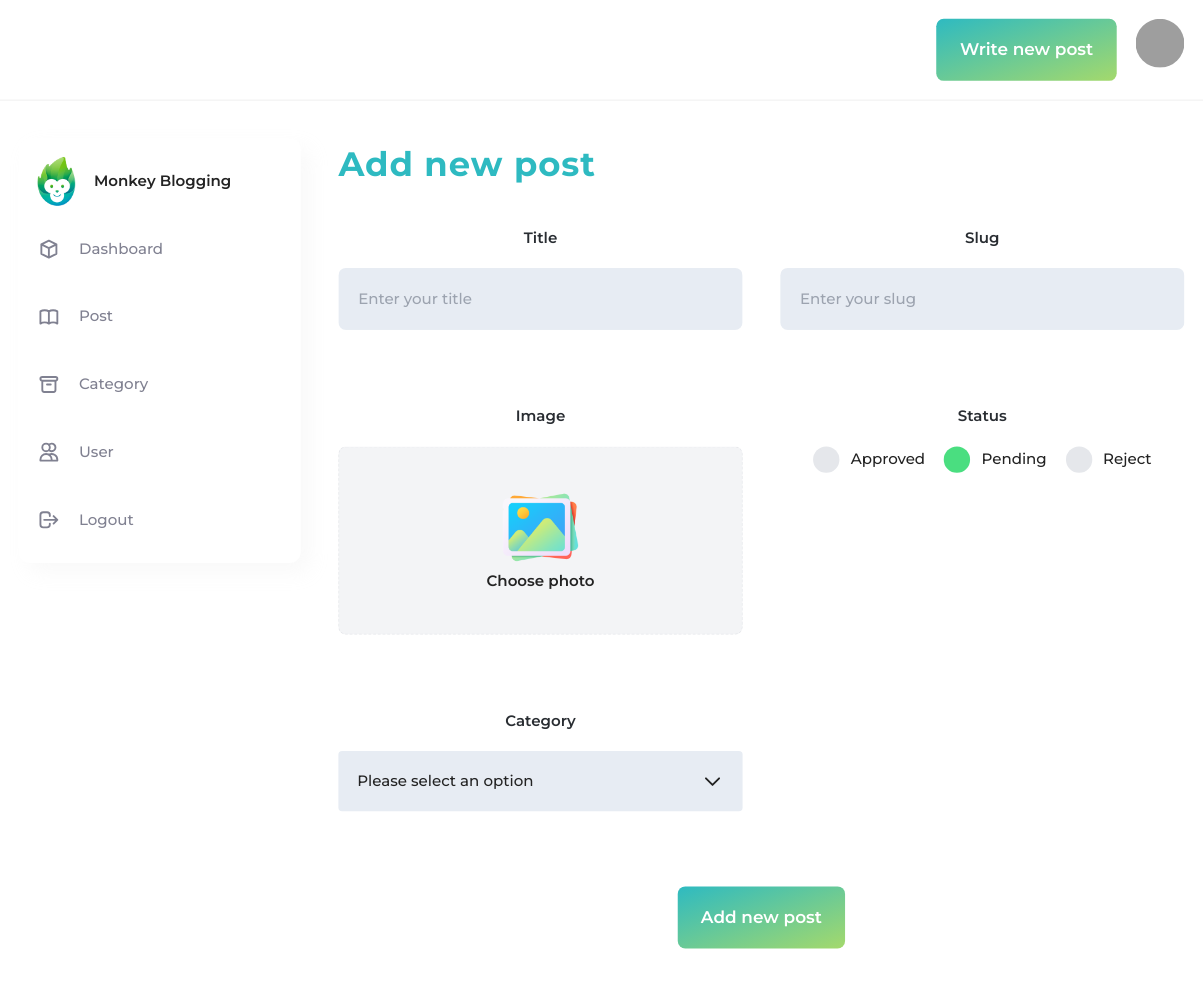
Repository: ThanhPhongsof/react-course-projects
Page: /manage/add-post (app in react-monkey-bloging/)
An editor plug-in stored every save of this project. The page is shown before and after the next save, followed by the edit.
The browser window is 1280 px wide. The pictures show the whole page, at 94% of full size.
Pictures or frames that could not be fetched are drawn as grey boxes. The project was rebuilt for these pictures with package versions that can differ from the ones it lists, and the page was loaded fresh each time. Also part of the build but not shown: react-monkey-bloging/src/page/AuthenticationPage.js, react-monkey-bloging/src/components/icon/IconEyeOpen.js, react-monkey-bloging/src/components/icon/IconEyeClose.js, react-monkey-bloging/src/components/icon/index.js, react-monkey-bloging/src/components/input/InputPasswordToggle.js, react-monkey-bloging/src/page/SignUpPage.js, react-monkey-bloging/src/page/SignInPage.js, react-monkey-bloging/src/components/layout/Header.js and 21 more. Imported but missing from the stored project, and not drawn on this page: react-monkey-bloging/src/components/loading/LoadingSpinner, react-monkey-bloging/src/module/post/PostMeta.

Above is the page before, as saved 2022-05-09 15:02:40.

After the next save:
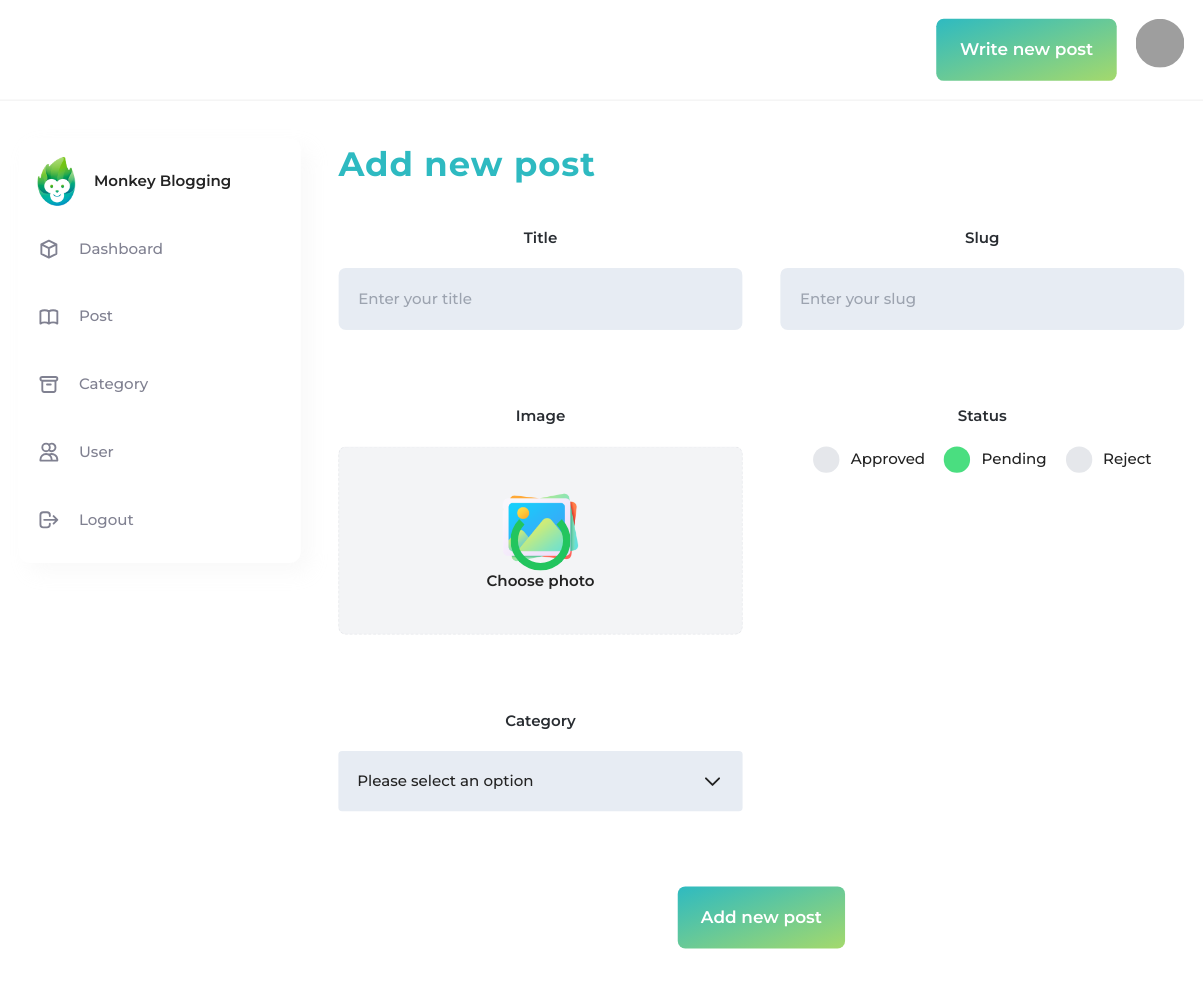
Saved 38 s later.
--- a/react-monkey-bloging/src/components/image/ImageUpload.js
+++ b/react-monkey-bloging/src/components/image/ImageUpload.js
@@ -107,7 +107,8 @@
       />
       {/* progress !== 0 && !image &&  */}
       <div className="image-loading"></div>
-      {/* <div className="absolute z-10 w-16 h-16 border-8 border-green-500 rounded-full loading border-t-transparent animate-spin"></div> */}
+      <div className="absolute z-10 w-16 h-16 border-8 border-green-500 rounded-full loading border-t-transparent "></div>
+      {/* animate-spin */}
       {image ? (
         <Fragment>
           <img src={image} className="image-show" alt="" />

After the 3 saves that followed:
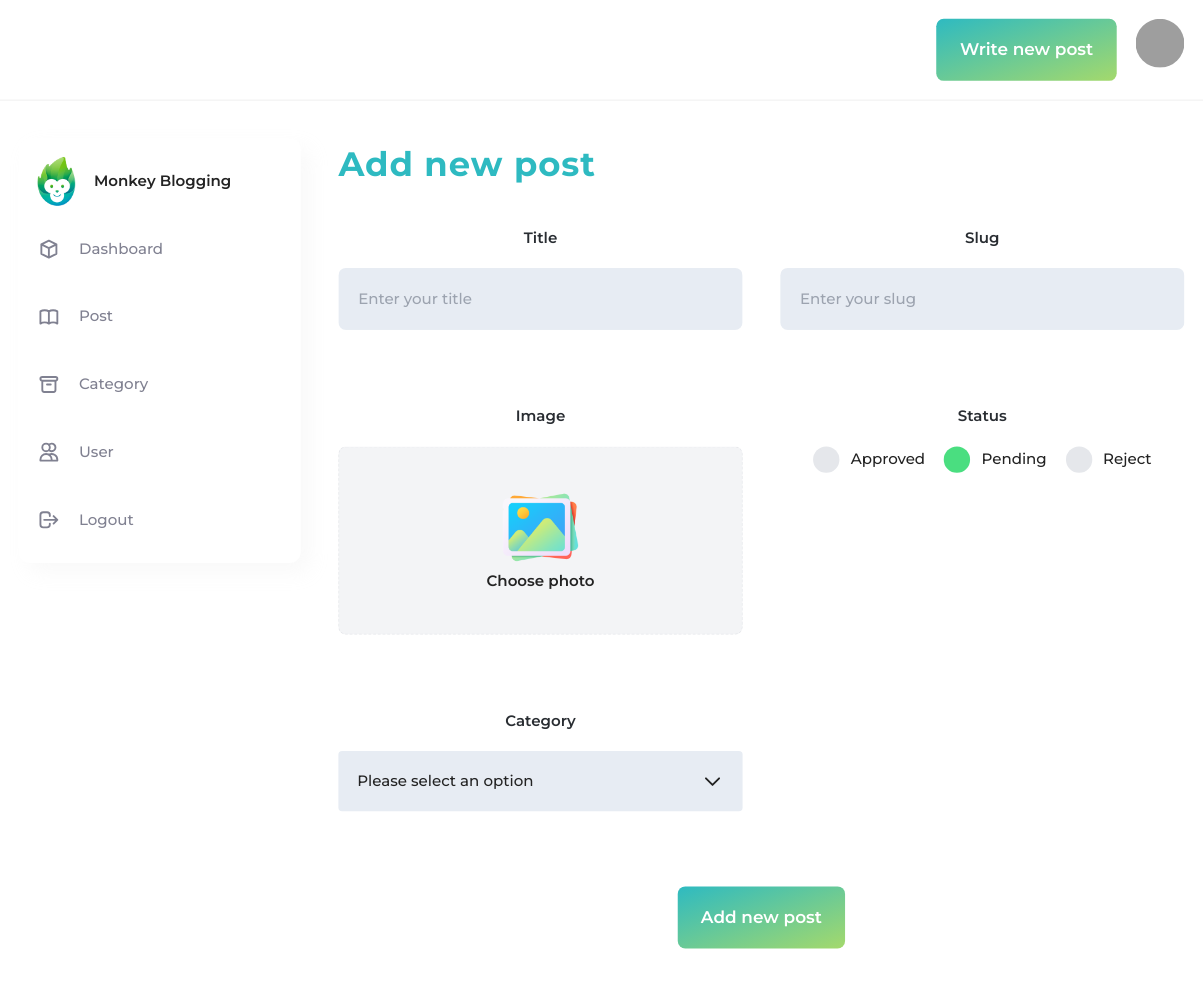
The 3 saves are shown as one change because 2 left the picture as it was.
The last was saved 58 s later.
--- a/react-monkey-bloging/src/components/image/ImageUpload.js
+++ b/react-monkey-bloging/src/components/image/ImageUpload.js
@@ -53,12 +53,13 @@
       width: 64px;
       height: 64px;
       border: 8px;
-      border-color: rgb(34 197 94);
+      /* border-color: rgb(34,197,94); */
+      border-color: purple;
       border-top-color: transparent;
       position: absolute;
       z-index: 10;
+      border-radius: 9999px;
       /* animation: spin 1s linear infinite; */
-      border-radius: 9999px;
     }
     &-none {
       max-width: 80px;
@@ -107,7 +108,7 @@
       />
       {/* progress !== 0 && !image &&  */}
       <div className="image-loading"></div>
-      <div className="absolute z-10 w-16 h-16 border-8 border-green-500 rounded-full loading border-t-transparent "></div>
+      {/* <div className="absolute z-10 w-16 h-16 border-8 border-green-500 rounded-full loading border-t-transparent "></div> */}
       {/* animate-spin */}
       {image ? (
         <Fragment>
